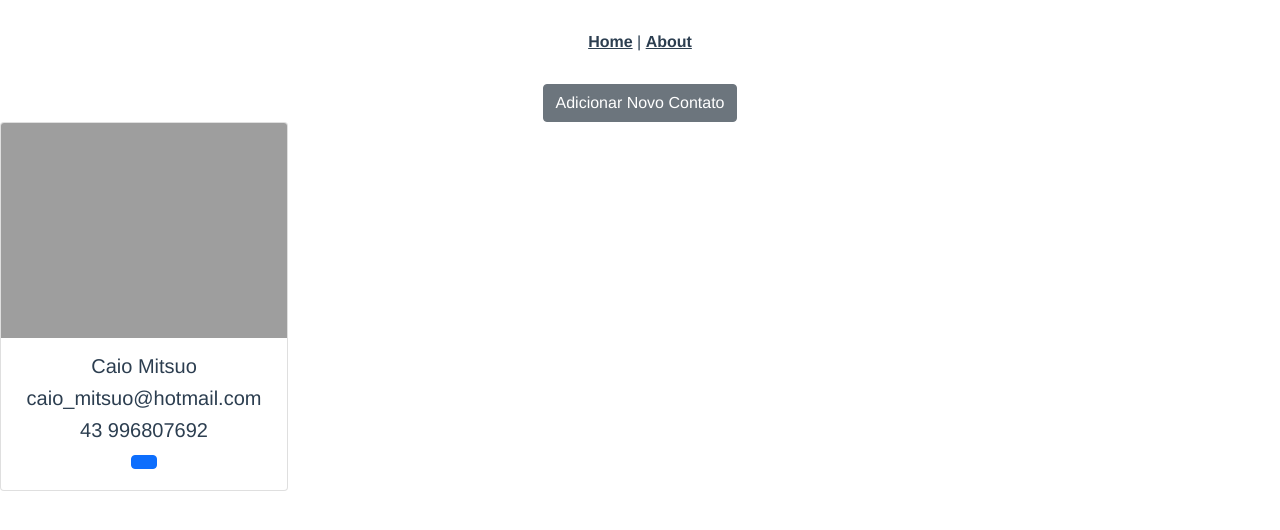
Repository: caiomitsuo/ContactsVueJs
Page: /lista
These files come from the project's save history. The page is drawn as it stood at one moment and after a run of saves; the edit follows.
The browser window is 1280 px wide. The pictures show the whole page.
Pictures or frames that could not be fetched are drawn as grey boxes. The page's requests for data from a server got no answer. The project was rebuilt for these pictures with package versions that can differ from the ones it lists, and the page was loaded fresh each time. No one was signed in, and anything a server would have sent is missing. Also part of the build but not shown: vue.config.js, src/components/HelloWorld.vue, src/views/HomeView.vue.

Above is the page before, as saved 2022-04-30 12:59:07.

After the next 2 saves:
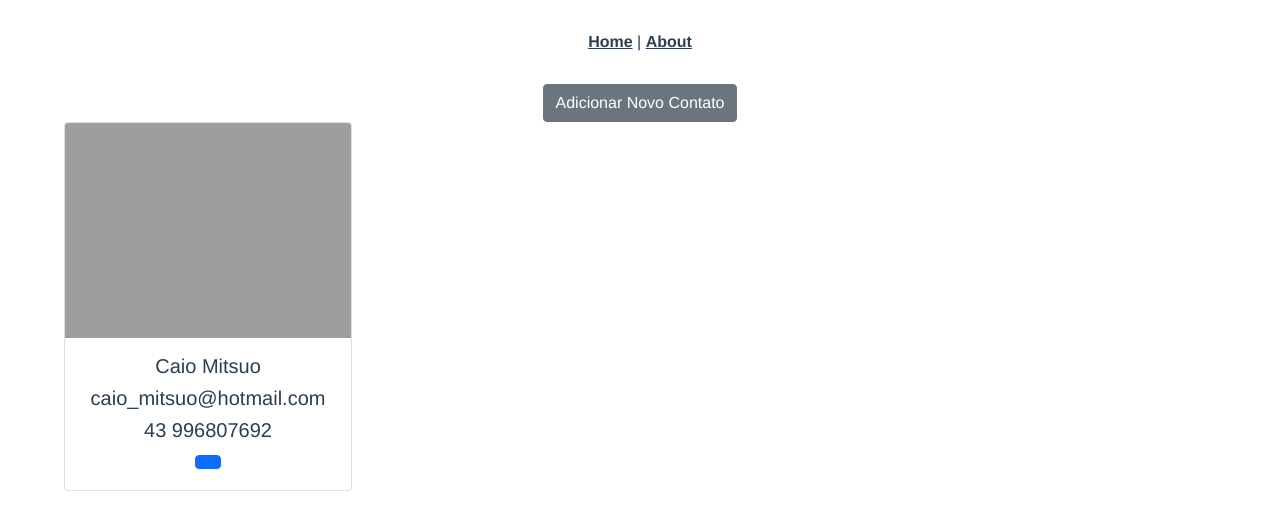
The 2 saves are shown as one change because they came seconds apart.
The last was saved 4 s later.
--- a/src/views/ListView.vue
+++ b/src/views/ListView.vue
@@ -86,6 +86,6 @@ export default {
 
 <style lang="css" scoped>
 .card-container{
-  margin-left: 10v;
+  margin-left: 5vw;
 }
 </style>
